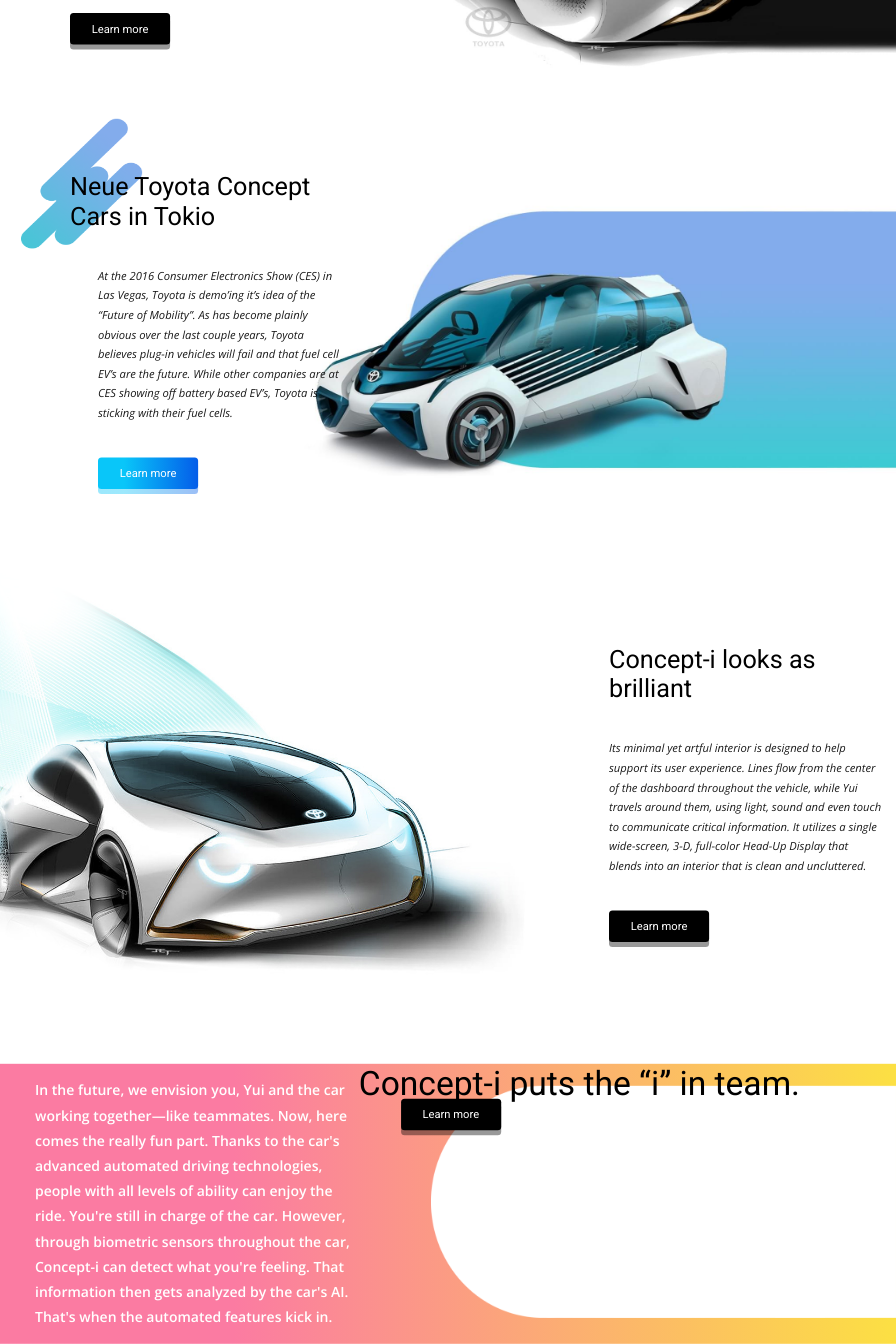
Repository: ThanhThn/Moto-Toyota
Page: index.html
An editor plug-in stored every save of this project. The page is shown before and after the next save, followed by the edit.
The browser window is 1280 px wide. The pictures show the part of the page from y = 1824 to 3744 px (the page is 3744 px tall), at 70% of full size.

Above is the page before, as saved 2022-07-07 13:16:18.

### index.html
<!DOCTYPE html>
<html lang="en">
<head>
    <meta charset="UTF-8">
    <meta http-equiv="X-UA-Compatible" content="IE=edge">
    <meta name="viewport" content="width=device-width, initial-scale=1.0">
    <title>Document</title>
    <!-- === CSS Files === -->
    <link rel="stylesheet" href="css/style.css">
</head>
<body>
    <!-- === Main Container Start === -->
    <div class="main-container">
        <!-- === Heading Start === -->
        <div class="heading">
            <div class="logo">
                <a href="#"><img src="images/logo.png" alt="logo"></a>
            </div>
            <div class="menu">
                <ul class="nav">
                    <li><a href="#" class="chossen">Home</a></li>
                    <li><a href="#">About</a></li>
                    <li><a href="#">Contact</a></li>
                </ul>
            </div>
        </div>
        <!-- === Heading End === -->
        <!-- === Content Start === -->
        <div class="content">
            <!-- === Slider start === -->
            <div class="slider-container">
                <img src="images/7502b12d9a12f809e3996ea2e26b5c30.jpeg" alt="">
                <div class="slider-content">
                    <h1>Toyota Concept-i Series</h1>
                    <p>Toyota Concept-i and its forward-thinking UX hold a mirror up to a future that is warm, friendly, engaging and, most of all—fun. Without further ado, meet Concept-i.</p>
                </div>
            </div>
            <!-- === Slider End === -->
            <!-- === Content Start === -->
            <section class="body-container-content">
                <img class="overflow-img img-defaut" src="images/6f5de08df6c1a4f14c65050e1ff59f2c.jpeg" alt="">
                <div class="body-content">
                    <h3 class="heading-content" >The future has arrived.</h3>
                    <p class="text-content">While we can't predict the future, we can inspire it. So what will our cars look like and how will they function? Will we drive them or will they drive us? That seems to be the question on everyone's mind. Well, we have an idea. Cars are for people who want to go to more places safely and efficiently</p>
                    <div class="yellow-btn">Learn more</div>
                    <img src="images/bd87ca380d82a1c6fad66fa9fc53bc48.png" alt=""  class="paint paint-1">
                </div>
                <img src="images/logo.png" alt="" class="logo-cover logo-body">

            </section>
            <section class="body-container-content">
                <div class="body-content">
                    <h3 class="heading-content">
                        <p>Less of a machine.</p>
                        <p>More of a pal.</p>
                    </h3>
                    <p class="text-content" style="margin-left:20px;">
                        Concept-i follows our belief that vehicles shouldn't start with technology—they should start, and end, with the experience of the people who use them. Therefore, Concept-i was built from the inside out, with a focus on making it immersive, energetic and, most importantly—approachable.
                    </p>
                    <div class="black-btn" style="margin-left:20px;">Learn more</div>
                </div>
                <img src="images/094e953db5791c71cbf6cb2692c9da18.jpeg" alt=""  class="img">
            </section>
            <!-- === Content End === -->
            <section class="body-container-content">
                <div class="body-content">
                    <h3 class="heading-content">
                        Neue Toyota Concept Cars in Tokio
                    </h3>
                    <p class="text-content">
                        At the 2016 Consumer Electronics Show (CES) in Las Vegas, Toyota is demo’ing it’s idea of the “Future of Mobility”.  As has become plainly obvious over the last couple years, Toyota believes plug-in vehicles will fail and that fuel cell EV’s are the future.  While other companies are at CES showing off battery based EV’s, Toyota is sticking with their fuel cells.
                    </p>
                    <div class="blue-btn">Learn more</div>
                    <img src="images/93c8d638317c741291e390fb2c10a215.png" alt="" class="paint paint-2">
                </div>
                <img src="images/8be8de663c4ab7eee8b3e53c31cbb581.jpeg" alt=""  class="img" id="img-center">
            </section>
            <section class="body-container-content">
                <img src="images/4c134e2df3106c5e28f93f94161e3242.png" alt=""  class="overflow-img img-defaut" style="width: 760px; height: 636px;">
                <div class="body-content" style="margin-bottom: 60px;">
                    <h3 class="heading-content" >
                        Concept-i looks as brilliant
                    </h3>
                    <p class="text-content" style="margin-left:20px;">
                        Its minimal yet artful interior is designed to help support its user experience. Lines flow from the center of the dashboard throughout the vehicle, while Yui travels around them, using light, sound and even touch to communicate critical information. It utilizes a single wide-screen, 3-D, full-color Head-Up Display that blends into an interior that is clean and uncluttered.
                    </p>
                    <div class="black-btn" style="margin-left:20px;">Learn more</div>
                </div>
            </section>
            <section class="content-center body-container-content">
                <div  class="text-content" id="text">
                    <p>
                        In the future, we envision you, Yui and the car working together—like teammates. Now, here comes the really fun part. Thanks to the car's advanced automated driving technologies, people with all levels of ability can enjoy the ride. You're still in charge of the car. However, through biometric sensors throughout the car, Concept-i can detect what you're feeling. That information then gets analyzed by the car's AI. That's when the automated features kick in.
                    </p>
                </div>
                <div class="i-team">
                    <img src="images/c7a5eef7434a3c41abc67dbea4472211.png" alt="">
                    <div>
                        <h3>Concept-i puts the “i” in team.</h3>
                        <div class="black-btn" id="black-btn-1">Learn more</div>
                    </div>
                </div>
            </section>
        </div>
        <!-- === Content End === -->
    </div>
    <!-- === Main Container End === -->
    <!-- === JS Files === -->
    <script src="js/script.js"></script>
</body>
</html>

### css/style.css
@import url('https://fonts.googleapis.com/css2?family=Open+Sans:ital,wght@0,600;0,700;1,400;1,600&family=Roboto&display=swap');
:root{
    --text: #1a1a1a;
    --text-chossen:#478ac9;
    --heading-family: 'Roboto', sans-serif;
    --body-family: 'Open Sans', sans-serif;
}
*
{
    margin: 0;
    padding: 0;
    outline: none;
    text-decoration: none;
    box-sizing: border-box;
}
.overflow-img
{
    overflow: hidden;
}

.img-defaut
{
    object-fit: cover;
}
.logo-cover
{
    width: 65px !important;
    height: 60px !important;
    opacity: 0.25;
}
.paint
{
    width: 173px  !important;
    height: 186px !important;
    position: absolute;
    z-index: -1;
}
.heading
{
    height: 115px;
    width: 100%;
    display : flex;
    justify-content: space-around;
}
.heading .logo{
    width: 92px;
    height: 92px;
    margin-top: 11.5px;
}
.heading .logo a img
{
    width: 92px;
    height: 92px;
}
.heading .menu .nav
{
    font-family:var(--body-family);
    font-size: 16px;
    font-weight: 700;
    list-style: none;
    display: flex;
    padding: 14px 0px 14px 0px;
    margin-top: 50px;
}
.heading .menu .nav li
{
    padding: 0px 20px 0px 20px;
}
.heading .menu .nav  li a
{
    color: var(--text);
}
.chossen
{
    color: var(--text-chossen) !important;
}

.slider-container
{
    text-align: center;
}
.slider-container img
{
    display: block;
    height: 260px;
    width: 820px;
    margin-left: auto;
    margin-right: auto;
    margin-top: 54px;
}
.slider-content
{
    width: 784px;
    height: 324px;
    margin-left: auto;
    margin-right: auto;
    margin-top: 20px;
}
.slider-content h1
{
    font-family: var(--heading-family);
    font-size: 72px;
    font-weight: 400;
    padding: 20px 13px 0 13px ;
}
.slider-content p
{
    font-family: var(--body-family);
    font-size: 20px;
    font-style: italic;
    opacity: 0.6;
    font-weight: 600;
    padding: 20px 13px 0 13px ;
}
.body-container-content
{
    display: flex;
    margin: 99px auto 0 0;
    align-items: flex-end;
    justify-content: space-between;
}

.body-container-content img
{
    width:  calc(((100% - 1140px) / 2) + 656px);;
    display: block;
    height: 464px;
    object-position: 100% 0%;
    background-position: 100% 0%;
}

.body-container-content .body-content
{
    position: relative;
    width: 430px;
    height: 480px;
    margin-left: 80px;

    z-index: 1;
}

.body-content .heading-content
{
    font-family: var(--heading-family);
    font-size: 36px;
    font-weight: 400;
    margin: 40px 0 0 20px;
}
.body-content .text-content
{
    font-family: var(--body-family);
    font-weight: 400;
    opacity: 0.9;
    font-style: italic;
    margin: 50px 20px 0 60px;
    word-wrap: break-word;
    line-height: 28px;
}

.yellow-btn
{
    color: #fff;
    width: 143px;
    height: 45px;
    background-image: linear-gradient(to left, #fce043 0%, #fb7ba2 74%);
    border: none;
    border-radius: 5px ;
    display: flex;
    justify-content: center;
    align-items: center;
    font-family: var(--heading-family);
    margin: 50px 0 0 60px;
}
.yellow-btn::before {
    content: "";
    background: linear-gradient(to left, #fce043 0%, #fb7ba2 74%);
    position: absolute;
    opacity: 0.4;
    width: 143px;
    height: 45px;
    border-radius: 5px;
    transform: translateY(7px);
    z-index: -1;
}
.black-btn
{
    background-color: #000;
    color: #fff;
    box-shadow: 0 7px rgba(0, 0, 0, 0.4);
    width: 143px;
    height: 45px;
    border: none;
    border-radius: 5px ;
    display: flex;
    justify-content: center;
    align-items: center;
    font-family: var(--heading-family);
    margin: 50px 0 0 60px;
}
.black-btn:active
{
    transform: translateY(7px);
    box-shadow: none;
}

.blue-btn
{
    color: #fff;
    width: 143px;
    height: 45px;
    background-image: linear-gradient(to left, #045de9 0%, #09c6f9 74%);
    border: none;
    border-radius: 5px ;
    display: flex;
    justify-content: center;
    align-items: center;
    font-family: var(--heading-family);
    margin: 50px 0 0 60px;
}
.blue-btn::before {
    content: "";
    background: linear-gradient(to left, #045de9 0%, #09c6f9 74%);
    position: absolute;
    opacity: 0.4;
    width: 143px;
    height: 45px;
    border-radius: 5px;
    transform: translateY(7px);
    z-index: -1;
}

.body-container-content .logo-body
{
    position: relative;
    top: -30px;
    right: 1100px;
}

.body-container-content .paint-1
{
    top: -36px;
    right: 308px;
}
.body-container-content .paint-2
{
    top: -36px;
    left: -50px;
}
.body-container-content .img
{
    width: 860px;
    height: 400px;
    position: absolute;
    right: 0;
}
.body-container-content #img-center
{
    margin: auto 0 auto 0;
}
.content-center
{
    display: flex;
    background-image: linear-gradient(to left, #fce043 0%, #fb7ba2 74%);;
}
#text
{
    width: 480px;
    font-family: var(--body-family);
    font-size: 20px;
    font-weight: 600 ;
    color: #fff;
    margin: auto 0 auto 50px;
    line-height: 36px;
}
.i-team
{
    position: relative;
    margin: auto 0 auto 0;
}
.content-center img
{
    width: 100%;
    height: 400px;
}
.content-center h3
{
    font-family: var(--heading-family);
    font-weight: 400;
    font-size: 48px;
    position: absolute;
    top:0;
}
.i-team #black-btn-1
{
    position: absolute;
    top: 0;
}

Loaded but not shown: js/script.js (no copy from this time; the picture is the same without it)

After the next save:
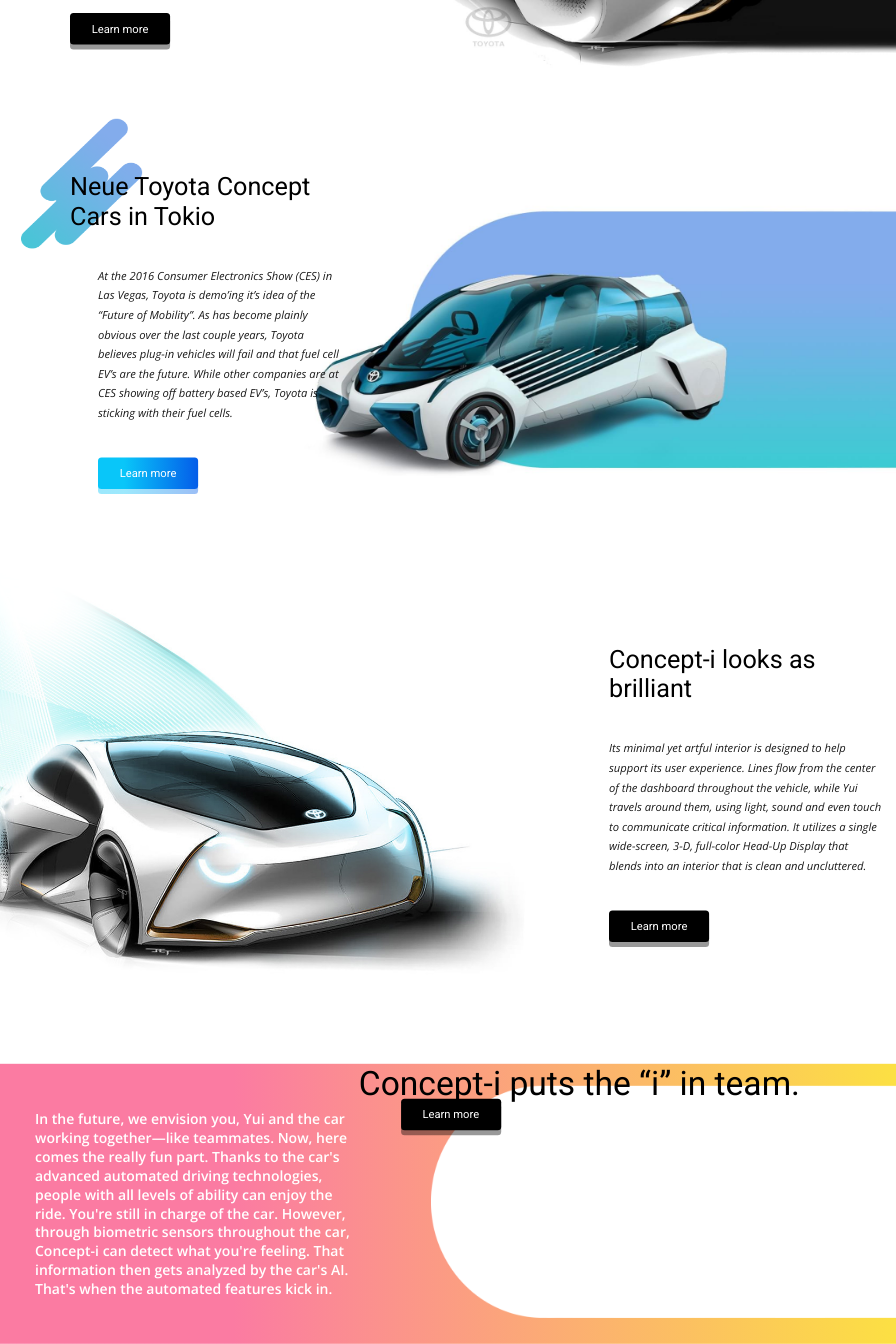
Saved 29 s later.
--- a/css/style.css
+++ b/css/style.css
@@ -270,7 +270,7 @@
     font-weight: 600 ;
     color: #fff;
     margin: auto 0 auto 50px;
-    line-height: 36px;
+
 }
 .i-team
 {

After the save that followed:
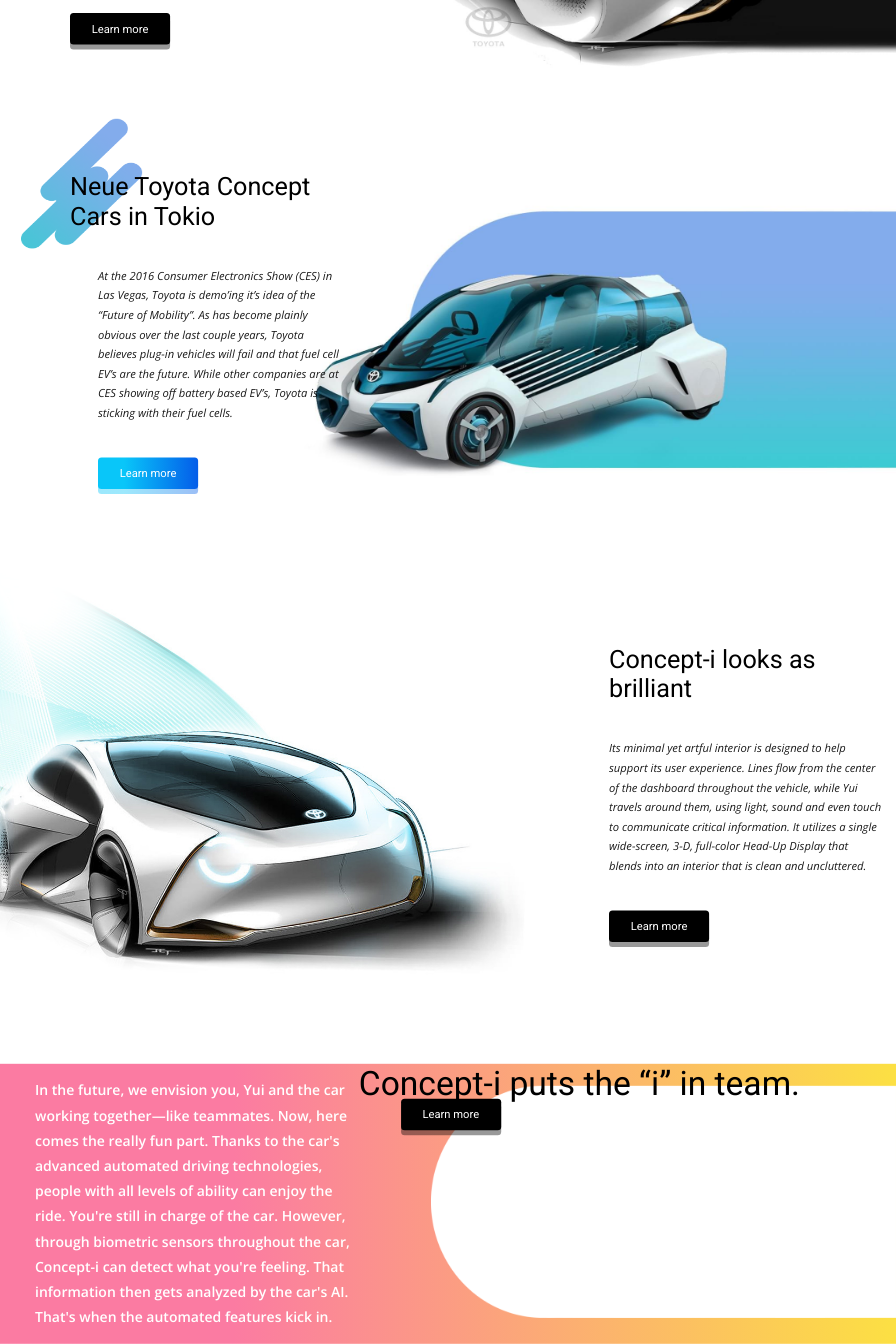
Saved 8 s later.
--- a/css/style.css
+++ b/css/style.css
@@ -270,7 +270,7 @@
     font-weight: 600 ;
     color: #fff;
     margin: auto 0 auto 50px;
-
+    line-height: 36px;
 }
 .i-team
 {
